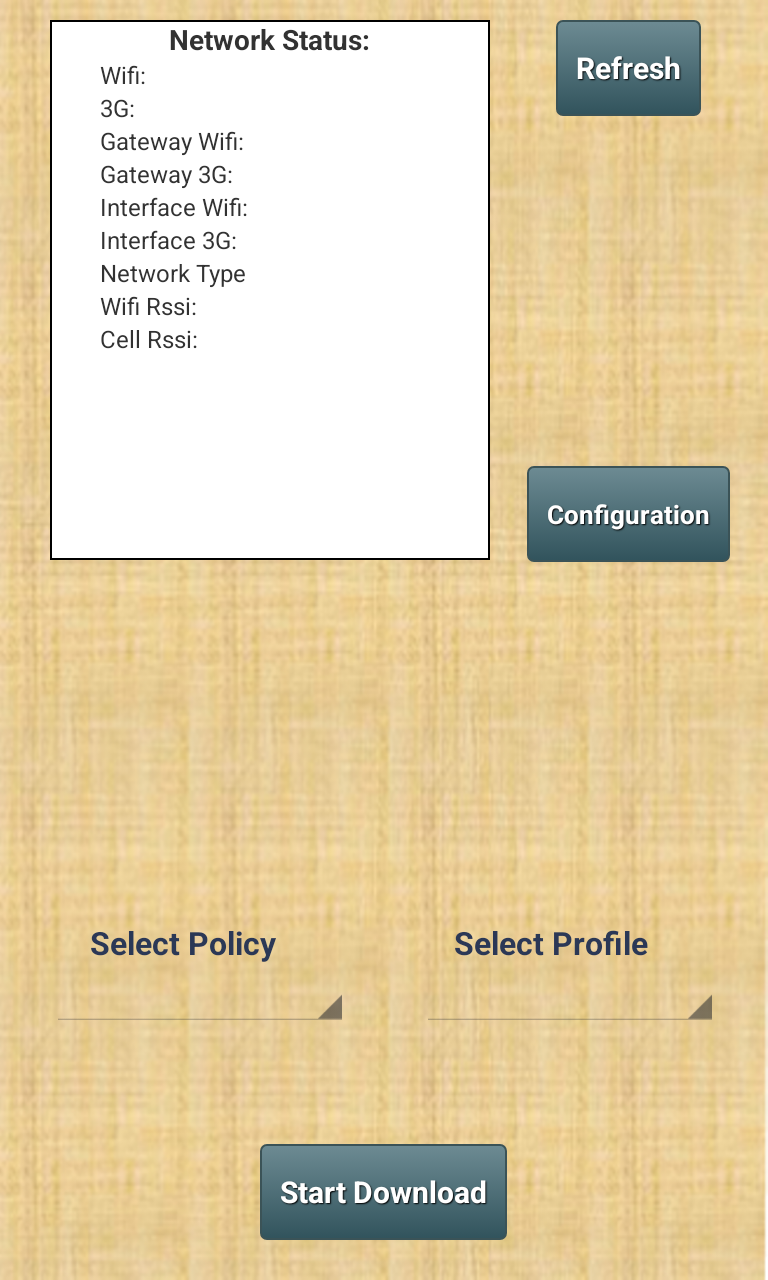
Repository: nncsang/Java-DynamicOffloading
Layout: Wifi3GProject/Wifi3GProject/res/layout/activity_main_2.xml
The author's editor kept a copy of each file at every save. The layout is drawn from the files as they stood at one save, then again after the next save.
It is drawn on a 768 x 1280 px phone screen (xhdpi) without system bars, with theme AppTheme; the app's code is not run. The app's manifest (not shown) leaves right-to-left support off. So textAlignment, textDirection and layoutDirection are ignored, and left and right values win over start and end ones.

Above is the layout before, as saved 2016-02-04 08:43:17.

### Wifi3GProject/Wifi3GProject/res/layout/activity_main_2.xml
<LinearLayout xmlns:android="http://schemas.android.com/apk/res/android"
    xmlns:tools="http://schemas.android.com/tools"
    android:layout_width="match_parent"
    android:layout_height="match_parent"
    android:background="@drawable/image_5"
    android:orientation="vertical"
    tools:context="fr.eurecom.wifi3gproject.MainActivity" >

    <LinearLayout
        android:layout_width="match_parent"
        android:layout_height="wrap_content"
        android:layout_weight="1.5"
        android:orientation="horizontal" >

        <LinearLayout
            android:layout_width="220dp"
            android:layout_height="270dp"
            android:layout_marginTop="10dp"
            android:layout_marginLeft="25dp"
            android:background="@drawable/borders"
            android:orientation="vertical" >

            <TextView
                android:id="@+id/InfoStatusNetwork"
                android:layout_width="wrap_content"
                android:layout_height="wrap_content"
                android:layout_gravity="center_horizontal"
                android:text="@string/NetworkStatus"
                android:textStyle="bold" />

            <TextView
                android:id="@+id/textViewWifiIP"
                android:layout_width="wrap_content"
                android:layout_height="wrap_content"
                android:text="@string/Wifi"
                android:layout_marginLeft="25dp"
                android:textSize="12sp" />

            <TextView
                android:id="@+id/textView3GIP"
                android:layout_width="wrap_content"
                android:layout_height="wrap_content"
                android:text="@string/Cellular"
                android:layout_marginLeft="25dp"
                android:textSize="12sp" />

            <TextView
                android:id="@+id/textViewGatewayWifiIP"
                android:layout_width="wrap_content"
                android:layout_height="wrap_content"
                android:text="@string/GatewayWifi"
                android:layout_marginLeft="25dp"
                android:textSize="12sp" />

            <TextView
                android:id="@+id/TextViewGateway3GIP"
                android:layout_width="wrap_content"
                android:layout_height="wrap_content"
                android:text="@string/Gateway3G"
                android:layout_marginLeft="25dp"
                android:textSize="12sp" />

            <TextView
                android:id="@+id/TextViewInterfaceWifi"
                android:layout_width="wrap_content"
                android:layout_height="wrap_content"
                android:text="@string/InterfaceWifi"
                android:layout_marginLeft="25dp"
                android:textSize="12sp" />

            <TextView
                android:id="@+id/TextViewInterface3G"
                android:layout_width="wrap_content"
                android:layout_height="wrap_content"
                android:text="@string/Interface3G"
                android:layout_marginLeft="25dp"
                android:textSize="12sp" />

            <TextView
                android:id="@+id/TextViewNetworkType"
                android:layout_width="wrap_content"
                android:layout_height="wrap_content"
                android:text="@string/NetworkType"
                android:layout_marginLeft="25dp"
                android:textSize="12sp" />

            <TextView
                android:id="@+id/rssiWifi"
                android:layout_width="wrap_content"
                android:layout_height="wrap_content"
                android:text="@string/SignalStrengthWifi"
                android:layout_marginLeft="25dp"
                android:textSize="12sp" />

            <TextView
                android:id="@+id/rssiCell"
                android:layout_width="wrap_content"
                android:layout_height="wrap_content"
                android:text="@string/SignalStrengthCell"
                android:layout_marginLeft="25dp"
                android:textSize="12sp" />

        </LinearLayout>

        <LinearLayout
            android:layout_width="match_parent"
            android:layout_height="match_parent"
            android:orientation="vertical" >

            <Button
                android:id="@+id/Refresh"
                style="@style/btnStyle"
                android:layout_width="wrap_content"
                android:layout_height="wrap_content"
                android:layout_gravity="center_horizontal"
                android:layout_marginTop="10dp"
                android:text="Refresh" />

            <TextView
                android:id="@+id/arrivalRate"
                android:layout_width="wrap_content"
                android:layout_height="wrap_content"
                android:layout_marginLeft="25dp"
                android:layout_marginTop="8dp"
                android:text="Arrival Rate (λ)"
                android:textColor="#2B3856"
                android:textSize="13sp"
                android:textStyle="bold"
                android:typeface="sans"
                android:visibility="invisible" />

            <EditText
                android:id="@+id/editArrivalRate"
                android:layout_width="100dp"
                android:layout_height="25dp"
                android:layout_gravity="center_horizontal"
                android:layout_marginTop="4dp"
                android:background="@drawable/borders2"
                android:gravity="center_horizontal|center_vertical"
                android:inputType="numberDecimal"
                android:textSize="15sp"
                android:visibility="invisible" />

            <TextView
                android:id="@+id/wifiOnDuration"
                android:layout_width="wrap_content"
                android:layout_height="wrap_content"
                android:layout_marginLeft="18dp"
                android:layout_marginTop="8dp"
                android:text="Wifi On Duration (s)"
                android:textColor="#2B3856"
                android:textSize="13sp"
                android:textStyle="bold"
                android:typeface="sans"
                android:visibility="invisible" />

            <EditText
                android:id="@+id/editwifiOnDuration"
                android:layout_width="100dp"
                android:layout_height="25dp"
                android:layout_gravity="center_horizontal"
                android:layout_marginTop="4dp"
                android:background="@drawable/borders2"
                android:gravity="center_horizontal|center_vertical"
                android:inputType="numberDecimal"
                android:textSize="15sp"
                android:visibility="invisible" />

            <TextView
                android:id="@+id/wifiOffDuration"
                android:layout_width="wrap_content"
                android:layout_height="wrap_content"
                android:layout_marginLeft="18dp"
                android:layout_marginTop="8dp"
                android:text="Wifi Off Duration (s)"
                android:textColor="#2B3856"
                android:textSize="13sp"
                android:textStyle="bold"
                android:typeface="sans"
                android:visibility="invisible" />

            <EditText
                android:id="@+id/editwifiOffDuration"
                android:layout_width="100dp"
                android:layout_height="25dp"
                android:layout_gravity="center_horizontal"
                android:layout_marginTop="4dp"
                android:background="@drawable/borders2"
                android:gravity="center_horizontal|center_vertical"
                android:inputType="numberDecimal"
                android:textSize="15sp"
                android:visibility="invisible" />

            <Button
                android:id="@+id/configuration"
                style="@style/btnStyle"
                android:layout_width="wrap_content"
                android:layout_height="wrap_content"
                android:layout_gravity="center_horizontal"
                android:layout_marginTop="10dp"
                android:layout_marginBottom="10dp"
                android:onClick="SetConfigurationListener"
                android:text="Configuration"
                android:textSize="13sp"
                android:typeface="sans" />
        </LinearLayout>

    </LinearLayout>

    <LinearLayout
        android:layout_width="match_parent"
        android:layout_height="wrap_content"
        android:orientation="horizontal" >

        <TextView
            android:layout_width="wrap_content"
            android:layout_height="wrap_content"
            android:layout_marginLeft="45dp"
            android:text="Select Policy"
            android:typeface="sans"
            android:textSize="16sp"
            android:textColor="#2B3856"
            android:textStyle="bold" />

        <TextView
            android:layout_width="wrap_content"
            android:layout_height="wrap_content"
            android:layout_marginLeft="89dp"
            android:text="Select Profile"
            android:typeface="sans"
            android:textSize="16sp"
            android:textColor="#2B3856"
            android:textStyle="bold" />
    </LinearLayout>

    <LinearLayout
        android:layout_width="match_parent"
        android:layout_height="70dp"
        android:orientation="horizontal" >

        <Spinner
            android:id="@+id/spinner1"
            android:layout_width="150dp"
            android:layout_height="wrap_content"
            android:layout_marginLeft="25dp" />

        <Spinner
            android:id="@+id/spinner2"
            android:layout_width="150dp"
            android:layout_height="wrap_content"
            android:textAlignment="gravity"
            android:layout_marginLeft="35dp"/>
    </LinearLayout>

    <LinearLayout >
	    <Switch
	        android:id="@+id/switch1"
	        android:layout_width="wrap_content"
	        android:layout_height="wrap_content"
	        android:layout_marginTop="20dp"
	        android:layout_gravity="center_horizontal"
	        android:background="@drawable/borders"
	        android:textOff="Sequential"
	        android:textOn="Parallel" />
	    <Switch
	        android:id="@+id/switch2"
	        android:layout_width="wrap_content"
	        android:layout_height="wrap_content"
	        android:layout_marginTop="20dp"
	        android:layout_gravity="center_horizontal"
	        android:background="@drawable/borders"
	        android:textOff="Real"
	        android:textOn="Simulate" />
   	</LinearLayout>
    <Button
        android:id="@+id/StartDownload"
        style="@style/btnStyle"
        android:layout_width="wrap_content"
        android:layout_height="wrap_content"
        android:layout_marginTop="20dp"
        android:layout_marginBottom="20dp"
        android:layout_gravity="center_horizontal"
        android:text="Start Download" />

</LinearLayout>

### Wifi3GProject/Wifi3GProject/res/values/styles.xml
<resources xmlns:android="http://schemas.android.com/apk/res/android">

    <!--
        Base application theme, dependent on API level. This theme is replaced
        by AppBaseTheme from res/values-vXX/styles.xml on newer devices.
    -->
    <style name="AppBaseTheme" parent="android:Theme.Light">
        <!--
            Theme customizations available in newer API levels can go in
            res/values-vXX/styles.xml, while customizations related to
            backward-compatibility can go here.
        -->
    </style>

    <!-- Application theme. -->
    <style name="AppTheme" parent="AppBaseTheme">
        <!-- All customizations that are NOT specific to a particular API-level can go here. -->
    </style>



    <style name="btnStyle" parent="@android:style/Widget.Button">
       <item name="android:textSize">15sp</item>
       <item name="android:textStyle">bold</item>
       <item name="android:textColor">#FFFFFF</item>
       <item name="android:gravity">center</item>
       <item name="android:shadowColor">#000000</item>
       <item name="android:shadowDx">1</item>
       <item name="android:shadowDy">1</item>
       <item name="android:shadowRadius">0.6</item>
       <item name="android:background">@drawable/custom_btn</item>
       <item name="android:padding">10dip</item>
   </style>

    <style name="customtheme" parent="@android:style/Theme.Light">
        <item name="android:spinnerItemStyle">@style/SpinnerItem</item>
        <item name="android:spinnerDropDownItemStyle">@style/SpinnerDropDownItem</item>
    </style>
    <style name="SpinnerItem">
        <item name="android:textColor">#FFFFFF</item>
        <item name="android:background">@drawable/custom_btn</item>
    </style>
    <style name="SpinnerDropDownItem">
        <item name="android:textColor">#FFFFFF</item>
        <item name="android:background">@drawable/custom_btn</item>
    </style>


</resources>

### Wifi3GProject/Wifi3GProject/res/drawable-hdpi/borders.xml
<?xml version="1.0" encoding="utf-8"?>
 <layer-list xmlns:android="http://schemas.android.com/apk/res/android">
  <item>
    <shape android:shape="rectangle">
      <solid android:color="#000000" />
    </shape>
  </item>
    <item android:left="1dp" android:right="1dp"  android:top="1dp" android:bottom="1dp">
     <shape android:shape="rectangle">
      <solid android:color="#FFFFFF" />
    </shape>
   </item>
 </layer-list>

### Wifi3GProject/Wifi3GProject/res/values/strings.xml
<?xml version="1.0" encoding="utf-8"?>
<resources>

    <string name="app_name">Mobile Data Offloading</string>
    <string name="action_settings">Settings</string>
    <string name="DualMode">Dual Mode Wifi - Cell (ON/OFF)</string>
    <string name="DelayWifi">Delay Wifi</string>
    <string name="Parallel">Parallel</string>
    <string name="StartDownload">Start Download</string>
    <string name="StopDownload">Stop Download</string>
    <string name="Threshold_Policy">Selected Policy:</string>
    <string name="Warm_Up_Wifi">Wifi Warm-Up</string>
    <string name="Warm_Up_Cell">Cell Warm-Up</string>
    <string name="Only_Wifi">Wifi-only</string>
    <string name="Only_3G">Cell-only</string>
    <string name="fbalance">Flow Balance</string>
    <string name="Policy">TP</string>
    <string name="NetworkStatus">Network Status:</string>
    <string name="Wifi">Wifi:</string>
    <string name="Cellular">3G:</string>
    <string name="GatewayWifi">Gateway Wifi:</string>
    <string name="Gateway3G">Gateway 3G:</string>
    <string name="InterfaceWifi">Interface Wifi:</string>
    <string name="Interface3G">Interface 3G:</string>
    <string name="Refresh">Refresh</string>
    <string name="NetworkType">Network Type</string>
    <string name="SignalStrengthWifi">Wifi Rssi:</string>
    <string name="SignalStrengthCell">Cell Rssi:</string>

    <string-array name="policies">
        <item>--SELECT--</item>
        <item>Warm Up</item>
        <item>Threshold Policy</item>
        <item>Only WiFi</item>
        <item>Only Cellular</item>
        <item>Flow Balance</item>
    </string-array>
    <string-array name="profiles">
        <item>--SELECT--</item>
        <item>Warm Up List</item>
        <item>Burst Mode</item>
        <item>Arrival Pattern</item>
        <item>Arrival &amp; WiFi Pattern</item>
    </string-array>

</resources>

### Wifi3GProject/Wifi3GProject/res/drawable-hdpi/borders2.xml
<?xml version="1.0" encoding="utf-8"?>
<shape xmlns:android="http://schemas.android.com/apk/res/android" >

    <solid android:color="#FFFFFF" />

    <stroke
        android:width="2dp"
        android:color="#2f6699" />
    <corners
        android:topLeftRadius="5dp"
        android:topRightRadius="5dp"
        android:bottomLeftRadius="5dp"
        android:bottomRightRadius="5dp"
        />
</shape>

### Wifi3GProject/Wifi3GProject/res/drawable-hdpi/custom_btn.xml
<?xml version="1.0" encoding="utf-8"?>
<selector xmlns:android="http://schemas.android.com/apk/res/android" >
     <item android:state_pressed="true" >
         <shape android:shape="rectangle"  >
             <corners android:radius="3dip" />
             <stroke android:width="1dip" android:color="#3b5357" />
             <gradient  android:angle="-90"  android:startColor="#151f22" android:endColor="#576f75"  />
         </shape>
     </item>
    <item android:state_focused="true">
         <shape android:shape="rectangle"  >
             <corners android:radius="3dip" />
             <stroke android:width="1dip" android:color="#3b5357" />
             <solid  android:color="#31535c"/>
         </shape>
     </item>
    <item >
        <shape android:shape="rectangle"  >
             <corners android:radius="3dip" />
             <stroke android:width="1dip" android:color="#3b5357" />
             <gradient  android:angle="-90"  android:startColor="#6d8b93" android:endColor="#31535c" />
         </shape>
     </item>
</selector>

Loaded but not shown: Wifi3GProject/Wifi3GProject/res/values-v11/styles.xml (common file); Wifi3GProject/Wifi3GProject/res/values-v14/styles.xml (common file)

After the next save:
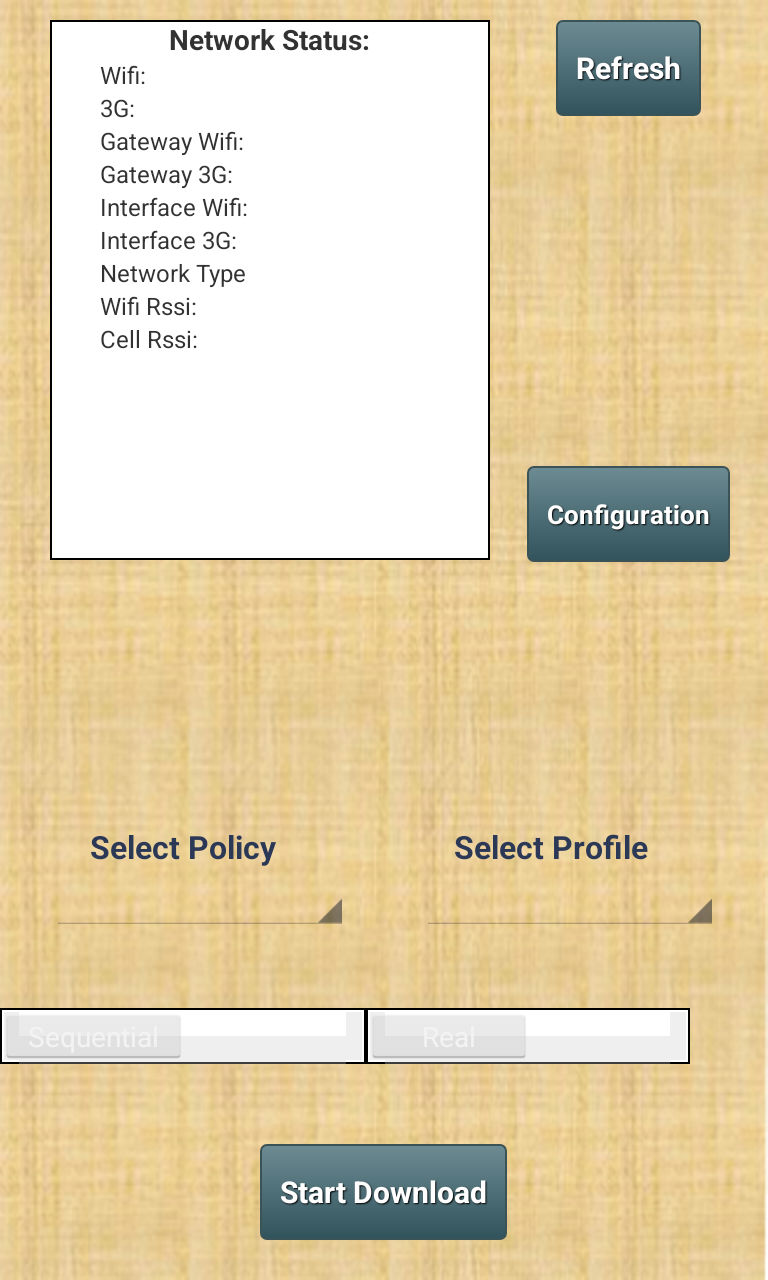
Saved 24 s later.
--- a/Wifi3GProject/Wifi3GProject/res/layout/activity_main_2.xml
+++ b/Wifi3GProject/Wifi3GProject/res/layout/activity_main_2.xml
@@ -252,7 +252,10 @@
             android:layout_marginLeft="35dp"/>
     </LinearLayout>
 
-    <LinearLayout >
+    <LinearLayout
+        android:layout_width="wrap_content"
+        android:layout_height="wrap_content" >
+
 	    <Switch
 	        android:id="@+id/switch1"
 	        android:layout_width="wrap_content"
